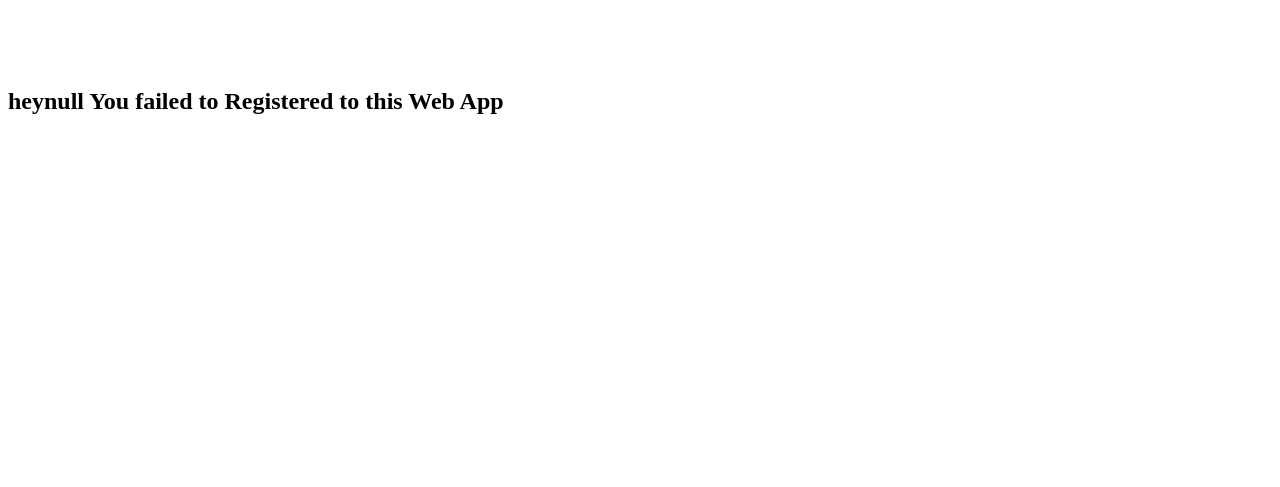
Repository: anuragtiwari3100/Java-Web-Solutions-Kit
Page: http://localhost/RegistrationAppUsingMVC/failure.jsp
An editor plug-in stored every save of this project. The page is shown before and after the next save, followed by the edit.
The browser window is 1280 px wide. The pictures show the whole page.
The page is served by Tomcat 10.

Above is the page before, as saved 2024-11-28 04:29:50.

After the next save:
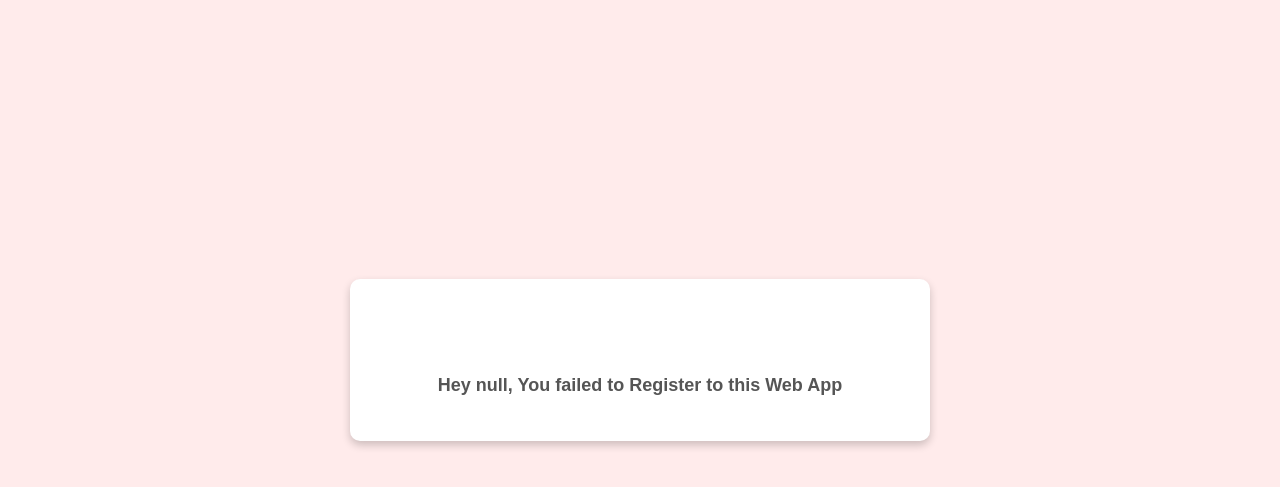
Saved 51 s later.
--- a/JspAndServlet/RegistrationAppUsingMVC/src/main/webapp/failure.jsp
+++ b/JspAndServlet/RegistrationAppUsingMVC/src/main/webapp/failure.jsp
@@ -5,10 +5,60 @@
 <head>
 <meta charset="UTF-8">
 <title>Failure</title>
+<style>
+    body {
+        font-family: Arial, sans-serif;
+        margin: 0;
+        padding: 0;
+        background: #ffebeb;
+        display: flex;
+        justify-content: center;
+        align-items: center;
+        height: 100vh;
+        color: #333;
+    }
+
+    .container {
+        background-color: #ffffff;
+        border-radius: 10px;
+        box-shadow: 0 4px 8px rgba(0, 0, 0, 0.2);
+        padding: 30px 40px;
+        text-align: center;
+        max-width: 500px;
+        width: 90%;
+    }
+
+    h1 {
+        color: #e63946;
+        margin-bottom: 20px;
+        font-size: 24px;
+    }
+
+    marquee {
+        font-size: 20px;
+        color: #e63946;
+        font-weight: bold;
+    }
+
+    h2 {
+        margin-top: 20px;
+        font-size: 18px;
+        color: #555;
+    }
+
+    p {
+        font-size: 14px;
+        color: #666;
+    }
+</style>
 </head>
 <body>
-  <h1><marquee>Registaration Failed</marquee></h1>
-  <% String name =(String)session.getAttribute("name"); %>
- <h2>hey<%= name %> You failed to  Registered to this Web App</h2>
+    <div class="container">
+        <h1><marquee>Registration Failed</marquee></h1>
+        <%
+            String name = (String) session.getAttribute("name");
+        %>
+        <h2>Hey <%= name %>, You failed to Register to this Web App</h2>
+    </div>
 </body>
 </html>
